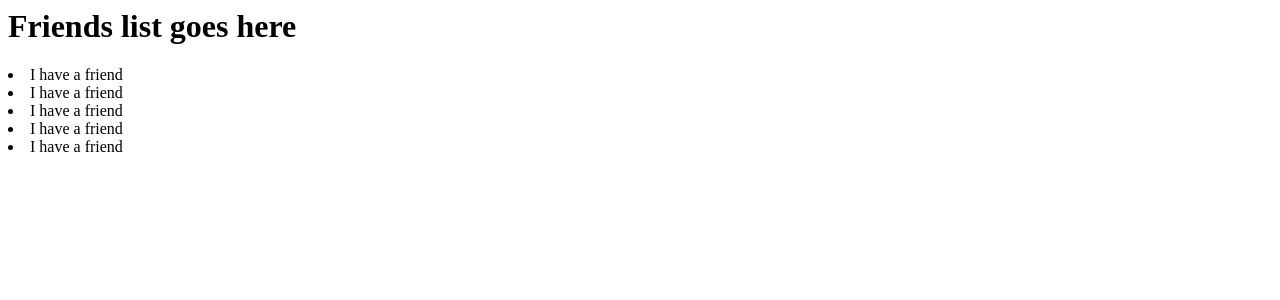
Repository: JoseSM1598/WebAppProjects
Page: http://localhost/friends
The author's editor kept a record of every edit. The page is drawn from the files as they stood at one moment, then again after the next edit.
The browser window is 1280 px wide. The pictures show the whole page.
The page is served by the project's Node server (MoreExpress/PostRequestDemo/app.js).

Above is the page before.

After the next edit:
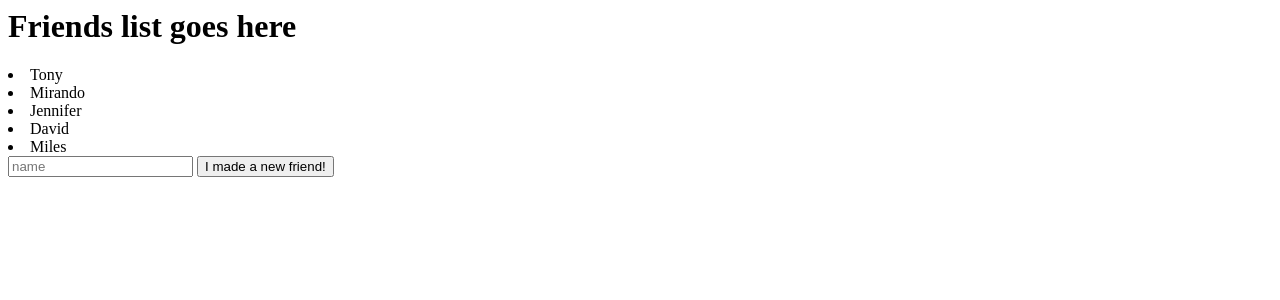
The edit:
--- a/MoreExpress/PostRequestDemo/views/friends.ejs
+++ b/MoreExpress/PostRequestDemo/views/friends.ejs
@@ -1,6 +1,12 @@
 <h1> Friends list goes here</h1>
 
 
-<%friends.forEach(function(){ %>
-    <li> I have a friend</li>
+<%friends.forEach(function(friend){ %>
+    <li><%=friend %></li>
 <% });%>
+
+
+<form action ="/addFriend" method = "POST">
+    <input type = "text" name = "newFriend" placeholder = "name">
+    <button> I made a new friend!</button>
+</form>
